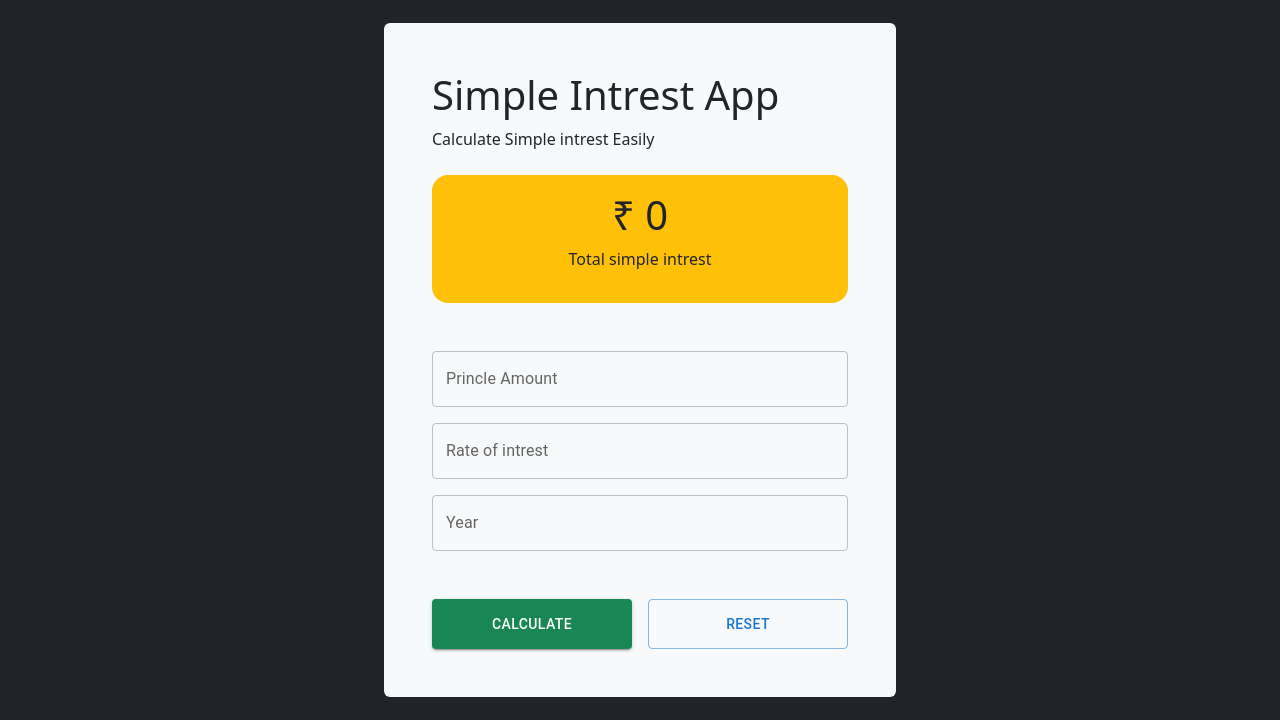
Repository: Afraz13/simple-intrest
Page: /
These files come from the project's save history. The page is drawn as it stood at one moment and after a run of saves; the edit follows.
The browser window is 1280 px wide. The pictures show the whole page.
The project was rebuilt for these pictures with package versions that can differ from the ones it lists, and the page was loaded fresh each time. Also part of the build but not shown: src/index.css, src/App.css.

Above is the page before, as saved 2024-07-16 12:15:08.

After the next 3 saves:
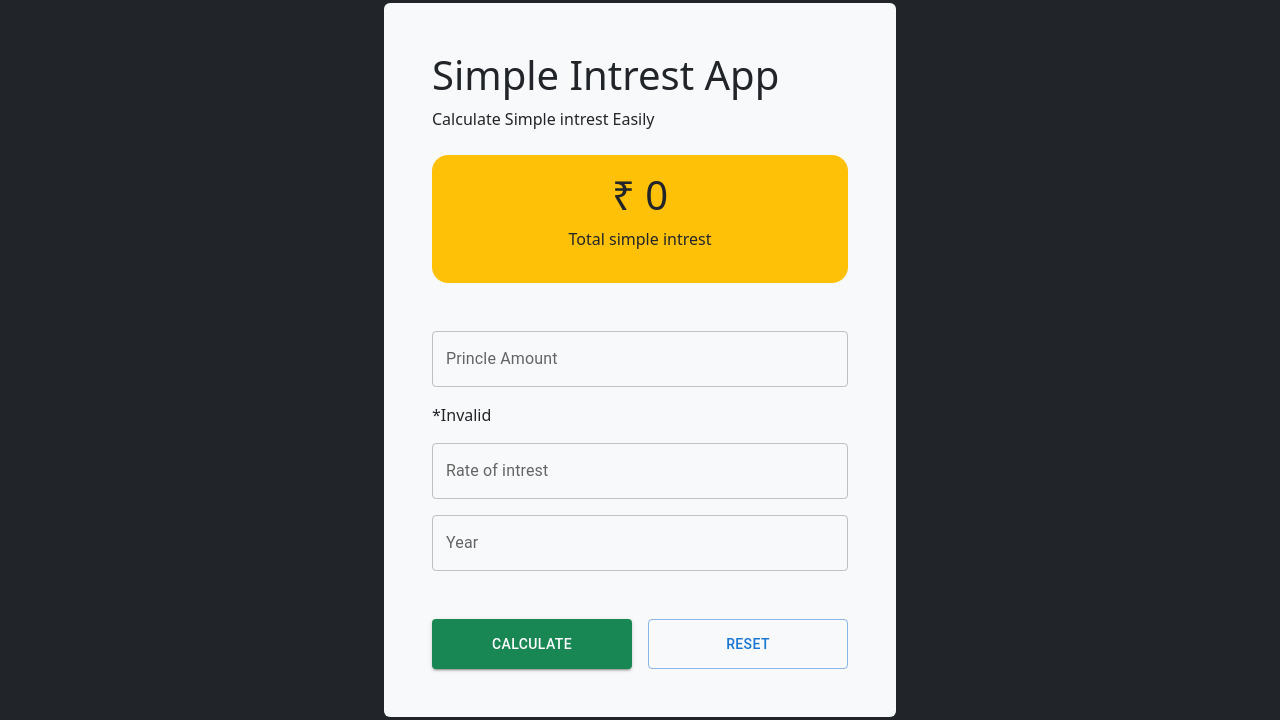
The 3 saves are shown as one change because they came seconds apart.
The last was saved 7 s later.
--- a/src/App.js
+++ b/src/App.js
@@ -44,7 +44,7 @@ function App() {
      <TextField value={principle || ""} name='principle' onChange={(e)=>getValidate(e)}  className='w-100' id="outlined-basic" label="Princle Amount" variant="outlined" />
      </div>
      <div>
-      <p></p>
+      <p>*Invalid</p>
      </div>
      <div className='mb-3'>
      <TextField value={rate || ""} className='w-100' id="outlined-basic" label="Rate of intrest" variant="outlined" />
